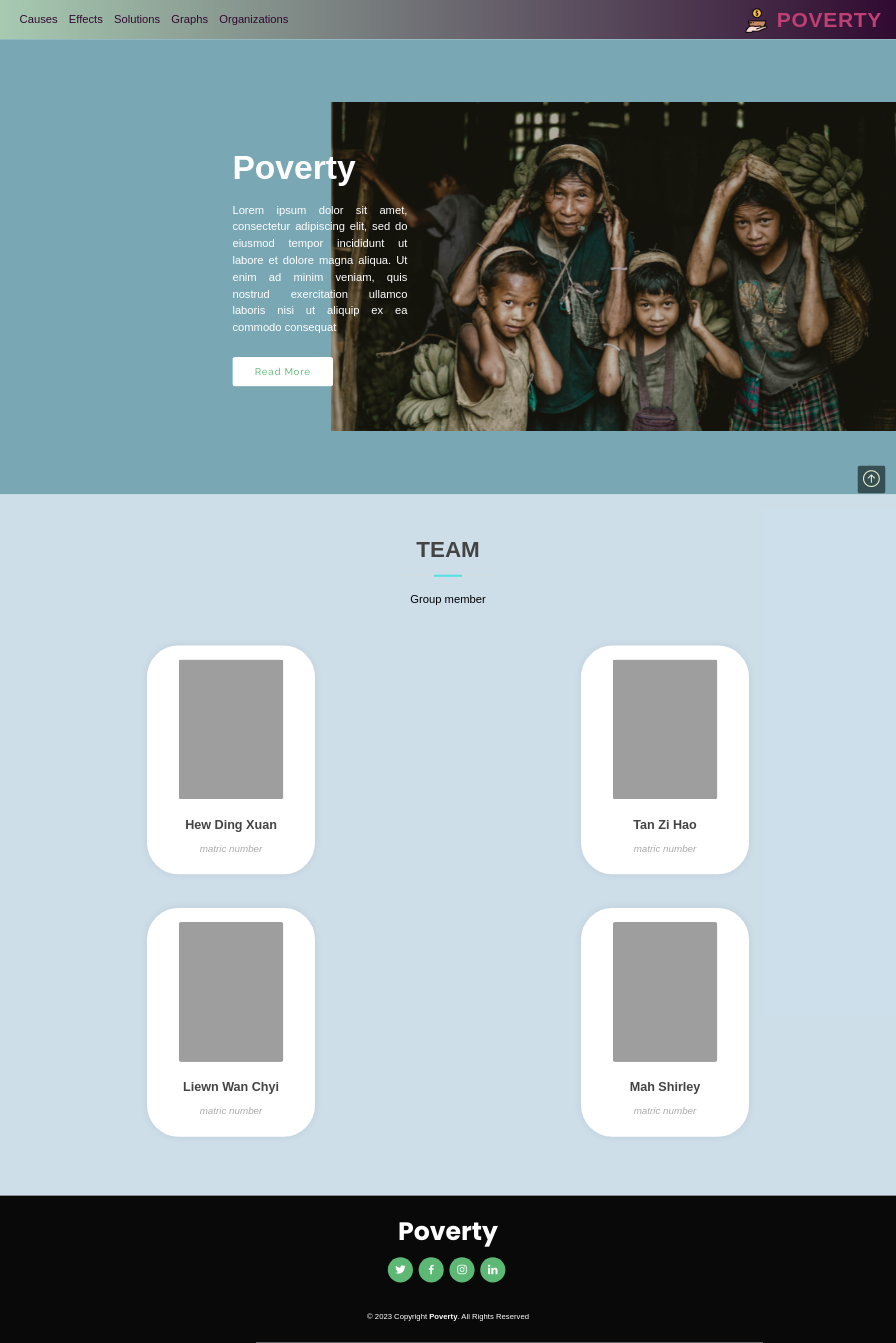
Repository: oscarhew/OSP_WIE2002
Page: index.html
An editor plug-in stored every save of this project. The page is shown before and after the next save, followed by the edit.
The browser window is 1280 px wide. The pictures show the whole page, at 70% of full size.
Pictures or frames that could not be fetched are drawn as grey boxes.

Above is the page before, as saved 2023-04-02 15:00:39.

After the next save:
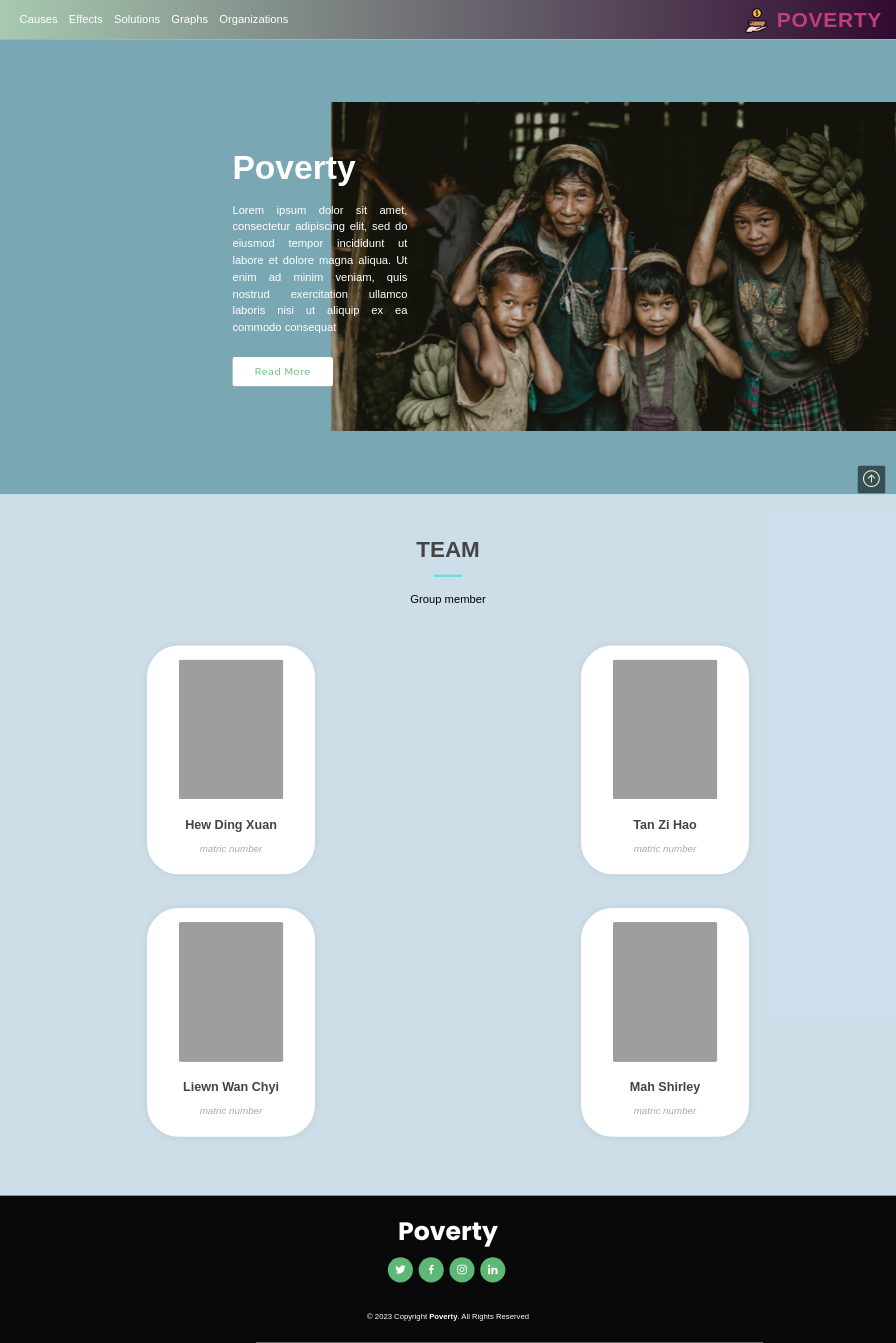
Saved 28 s later.
--- a/assets/css/main.css
+++ b/assets/css/main.css
@@ -57,7 +57,7 @@ body {
   }
 
   .navbar-dark .navbar-nav .nav-link {
-    color: #310A31;
+    color: white;
   }
 
   .navbar-nav .nav-item{
